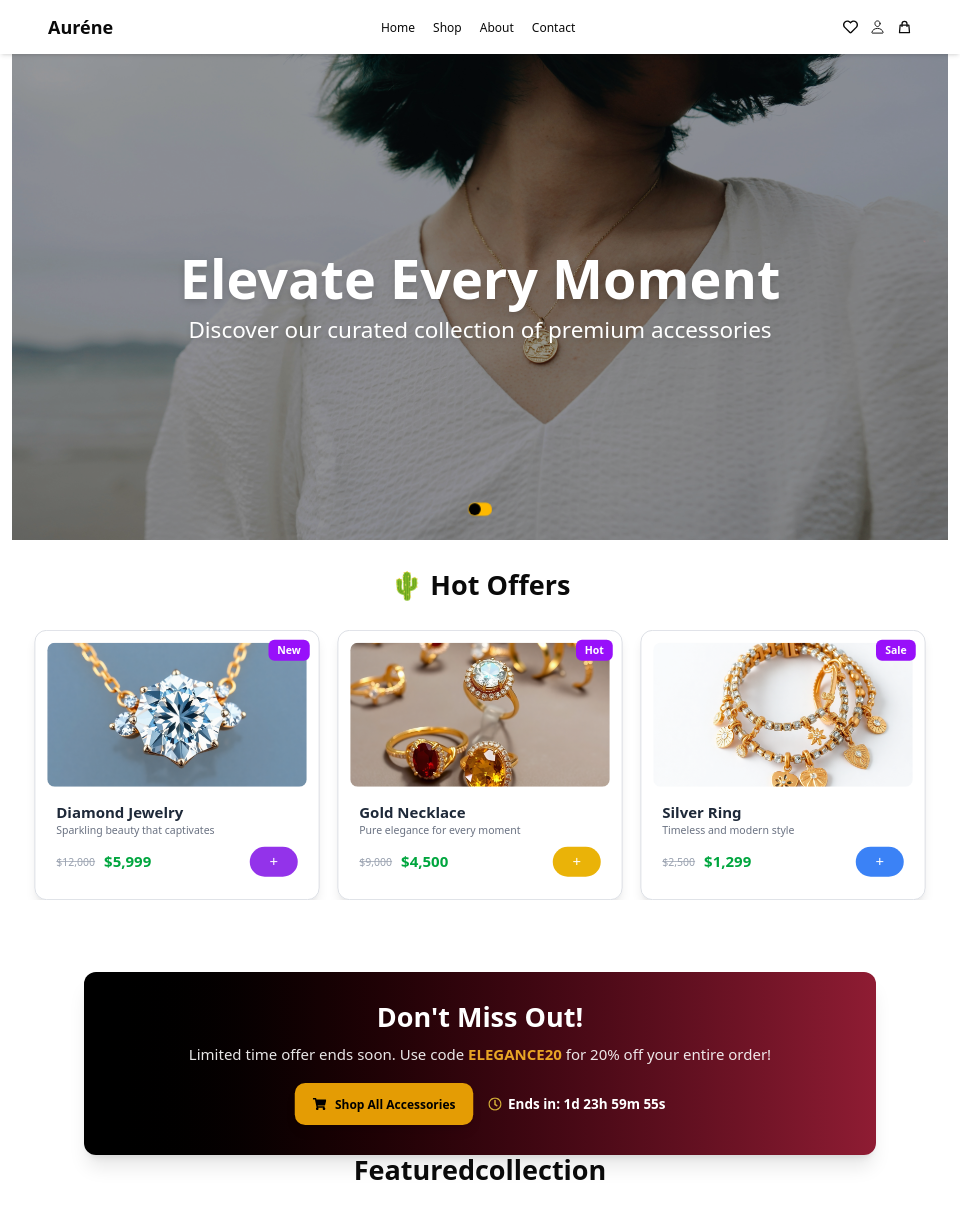
Repository: oehab30/Aur-ne-e-commerce-
Page: /
An editor plug-in stored every save of this project. The page is shown before and after a run of saves, followed by the edit.
The browser window is 1280 px wide. The pictures show the whole page, at 75% of full size.
The project was rebuilt for these pictures with package versions that can differ from the ones it lists, and the page was loaded fresh each time. Also part of the build but not shown: src/components/common/Tap.tsx, src/components/common/Categories.tsx, src/pages/Shop.tsx, src/pages/cart.tsx, src/pages/Profile.tsx, src/pages/About.tsx, src/pages/Contact.tsx, src/pages/Error.tsx and 2 more. Imported but missing from the stored project, and not drawn on this page: src/components/ui/breadcrumb.tsx.

Above is the page before, as saved 2025-11-26 05:11:12.

### index.html
<!doctype html>
<html lang="en">
  <head>
    <meta charset="UTF-8" />
    <link rel="icon" type="image/svg+xml" href="/vite.svg" />
    <meta name="viewport" content="width=device-width, initial-scale=1.0" />
<link
  href="https://fonts.googleapis.com/css2?family=Playfair+Display:wght@400;500;600;700&display=swap"
  rel="stylesheet"
/>

    <title>vite-project</title>
  </head>
  <body>
    <div id="root"></div>
    <script type="module" src="/src/main.tsx"></script>
  </body>
</html>

### src/main.tsx
// main.tsx
import "./assets/styles/Modules.css";
import React from "react";
import ReactDOM from "react-dom/client";
import Routes from "./Routes/Routes"; // this is your router setup

ReactDOM.createRoot(document.getElementById("root")!).render(
  <React.StrictMode>
    <Routes />
  </React.StrictMode>
)

### src/assets/styles/Modules.css
@import url('https://fonts.googleapis.com/css2?family=Playfair+Display:wght@400;500;600;700&display=swap');

@import "tailwindcss";

@import "tw-animate-css";

@custom-variant dark (&:where(.dark *) );

:root {
  --primary: oklch(0.205 0 0);
  --buttons: #d5ae37;
  --radius: 0.625rem;
  --background: oklch(1 0 0);
  --foreground: oklch(0.145 0 0);
  --card: oklch(1 0 0);
  --card-foreground: oklch(0.145 0 0);
  --popover: oklch(1 0 0);
  --popover-foreground: oklch(0.145 0 0);
  --primary-foreground: oklch(0.985 0 0);
  --secondary: oklch(0.97 0 0);
  --secondary-foreground: oklch(0.205 0 0);
  --muted: oklch(0.97 0 0);
  --muted-foreground: oklch(0.556 0 0);
  --accent: oklch(0.97 0 0);
  --accent-foreground: oklch(0.205 0 0);
  --destructive: oklch(0.577 0.245 27.325);
  --border: oklch(0.922 0 0);
  --input: oklch(0.922 0 0);
  --ring: oklch(0.708 0 0);
  --chart-1: oklch(0.646 0.222 41.116);
  --chart-2: oklch(0.6 0.118 184.704);
  --chart-3: oklch(0.398 0.07 227.392);
  --chart-4: oklch(0.828 0.189 84.429);
  --chart-5: oklch(0.769 0.188 70.08);
  --sidebar: oklch(0.985 0 0);
  --sidebar-foreground: oklch(0.145 0 0);
  --sidebar-primary: oklch(0.205 0 0);
  --sidebar-primary-foreground: oklch(0.985 0 0);
  --sidebar-accent: oklch(0.97 0 0);
  --sidebar-accent-foreground: oklch(0.205 0 0);
  --sidebar-border: oklch(0.922 0 0);
  --sidebar-ring: oklch(0.708 0 0);
}

@theme inline {
  --radius-sm: calc(var(--radius) - 4px);
  --radius-md: calc(var(--radius) - 2px);
  --radius-lg: var(--radius);
  --radius-xl: calc(var(--radius) + 4px);
  --color-background: var(--background);
  --color-foreground: var(--foreground);
  --color-card: var(--card);
  --color-card-foreground: var(--card-foreground);
  --color-popover: var(--popover);
  --color-popover-foreground: var(--popover-foreground);
  --color-primary: var(--primary);
  --color-primary-foreground: var(--primary-foreground);
  --color-secondary: var(--secondary);
  --color-secondary-foreground: var(--secondary-foreground);
  --color-muted: var(--muted);
  --color-muted-foreground: var(--muted-foreground);
  --color-accent: var(--accent);
  --color-accent-foreground: var(--accent-foreground);
  --color-destructive: var(--destructive);
  --color-border: var(--border);
  --color-input: var(--input);
  --color-ring: var(--ring);
  --color-chart-1: var(--chart-1);
  --color-chart-2: var(--chart-2);
  --color-chart-3: var(--chart-3);
  --color-chart-4: var(--chart-4);
  --color-chart-5: var(--chart-5);
  --color-sidebar: var(--sidebar);
  --color-sidebar-foreground: var(--sidebar-foreground);
  --color-sidebar-primary: var(--sidebar-primary);
  --color-sidebar-primary-foreground: var(--sidebar-primary-foreground);
  --color-sidebar-accent: var(--sidebar-accent);
  --color-sidebar-accent-foreground: var(--sidebar-accent-foreground);
  --color-sidebar-border: var(--sidebar-border);
  --color-sidebar-ring: var(--sidebar-ring);
}

.dark {
  --background: oklch(0.145 0 0);
  --foreground: oklch(0.985 0 0);
  --card: oklch(0.205 0 0);
  --card-foreground: oklch(0.985 0 0);
  --popover: oklch(0.205 0 0);
  --popover-foreground: oklch(0.985 0 0);
  --primary: oklch(0.922 0 0);
  --primary-foreground: oklch(0.205 0 0);
  --secondary: oklch(0.269 0 0);
  --secondary-foreground: oklch(0.985 0 0);
  --muted: oklch(0.269 0 0);
  --muted-foreground: oklch(0.708 0 0);
  --accent: oklch(0.269 0 0);
  --accent-foreground: oklch(0.985 0 0);
  --destructive: oklch(0.704 0.191 22.216);
  --border: oklch(1 0 0 / 10%);
  --input: oklch(1 0 0 / 15%);
  --ring: oklch(0.556 0 0);
  --chart-1: oklch(0.488 0.243 264.376);
  --chart-2: oklch(0.696 0.17 162.48);
  --chart-3: oklch(0.769 0.188 70.08);
  --chart-4: oklch(0.627 0.265 303.9);
  --chart-5: oklch(0.645 0.246 16.439);
  --sidebar: oklch(0.205 0 0);
  --sidebar-foreground: oklch(0.985 0 0);
  --sidebar-primary: oklch(0.488 0.243 264.376);
  --sidebar-primary-foreground: oklch(0.985 0 0);
  --sidebar-accent: oklch(0.269 0 0);
  --sidebar-accent-foreground: oklch(0.985 0 0);
  --sidebar-border: oklch(1 0 0 / 10%);
  --sidebar-ring: oklch(0.556 0 0);
}

@layer base {
  * {
    @apply border-border outline-ring/50;
  }
  body {
    @apply bg-background text-foreground;
  }
}

:root {
  --main: #d5ae37;
  --button:#cb8b04;
}

/* Hide scrollbar (optional) */
.scrollbar-hide::-webkit-scrollbar {
  display: none;
}
.scrollbar-hide {
  -ms-overflow-style: none;
  scrollbar-width: none;
}

### src/Routes/Routes.tsx
// Routes.tsx
import React from "react";
import { createBrowserRouter, RouterProvider } from "react-router";
import Layout from "../components/common/layout";
import Home from "../pages/Home";
import Shop from "../pages/Shop";
import Cart from "../pages/cart";
import Profile from "../pages/Profile";
import About from "../pages/About";
import Contact from "../pages/Contact";
import Error from "../pages/Error";
import Wishlist from "../pages/Wishlist";
import Login from "../components/login-page/Loginform"
const router = createBrowserRouter([
  {
    element: <Layout />,
    children: [
      { path: "/", element: <Home /> },
      { path: "/Shop/:category", element: <Shop /> },
      { path: "/about", element: <About /> },
      { path: "/contact", element: <Contact /> },
      { path: "/Login", element: <Login /> },
      { path: "/Wishlist", element: <Wishlist /> },
      { path: "/cart", element: <Cart /> },
      { path: "/Profile", element: <Profile /> },
    ],
  },
 { path: "*", element: <Error/> },
]);

function Routes() {
  return <RouterProvider router={router} />;
}

export default Routes;

### src/components/common/layout.tsx
// Layout.tsx
import React from "react";
import Navbar from "./navbar";
import { Outlet } from "react-router-dom";
import Darkmode from "./Darkmode";

function Layout() {
  return (
    <>
      <Navbar  />
      <main className="min-h-screen p-4 pt-18">
<Darkmode/>
        <Outlet />        {/* 👈 Page content changes here */}
      </main>
    </>
  );
}

export default Layout;

### src/pages/Home.tsx
import React from 'react'
import  HeroSection from '../components/home-page/Hero'
import Hotoffers from '../components/home-page/Hotoffers'
import DontMiss from '../components/home-page/Dontmiss'
import Featuredcollection from '../components/home-page/Featuredcollection'

function Error() {
  return (
<>
<HeroSection/>
<Hotoffers/>
<DontMiss/>
<Featuredcollection/>
 </>
     )
}
export default Error

### src/components/common/navbar.tsx
import React, { useState } from "react";
import { Link } from "react-router-dom";
import { FaRegHeart } from "react-icons/fa";
import { HiOutlineShoppingBag } from "react-icons/hi";
import { IoPersonOutline } from "react-icons/io5";

function Navbar() {
  const [menuOpen, setMenuOpen] = useState(false);

  return (
    <nav className="w-full fixed  shadow-md bg-white dark:bg-black z-[100] ">
      <div className="max-w-[1280px] mx-auto flex justify-between items-center py-5 px-6 md:px-16">
        {/* Logo */}
        <Link to="/" className="text-2xl font-semibold font-[Playfair Display]  dark:text-white">
          Auréne
        </Link>

        {/* Desktop Links */}
        <div className="hidden md:flex gap-6 font-medium  ">
          <Link to="/" className="hover:text-[var(--main)] dark:hover:text-[var(--main)] duration-300">Home</Link>
          <Link to="/Shop/:category" className="hover:text-[var(--main)] dark:hover:text-[var(--main)] duration-300">Shop</Link>
          <Link to="/about" className="hover:text-[var(--main)] dark:hover:text-[var(--main)] duration-300">About</Link>
          <Link to="/contact" className="hover:text-[var(--main)] dark:hover:text-[var(--main)] duration-300">Contact</Link>
        </div>

        {/* Icons + Login */}
        <div className="hidden md:flex items-center gap-4 text-xl  dark:text-white">
          <Link to="/wishlist" className="hover:text-[var(--main)] dark:hover:text-[var(--main)] duration-300"><FaRegHeart /></Link>
          <Link to="/Login" className="hover:text-[var(--main)] dark:hover:text-[var(--main)] duration-300"><IoPersonOutline /></Link>
          <Link to="/cart" className="hover:text-[var(--main)] dark:hover:text-[var(--main)] duration-300"><HiOutlineShoppingBag /></Link>
        </div>

        {/* Mobile Menu Button */}
        <button
          onClick={() => setMenuOpen(!menuOpen)}
          className="md:hidden text-3xl text-gray-700  focus:outline-none"
        >
          ☰
        </button>
      </div>

      {/* Mobile Menu */}
      {menuOpen && (
        <div className="md:hidden flex flex-col items-center gap-4 py-6 bg-white dark:bg-black  dark:text-white shadow-lg">
          <Link to="/" onClick={() => setMenuOpen(false)} className="hover:text-[var(--main)] dark:hover:text-[var(--main)] duration-300">Home</Link>
          <Link to="/Shop/:category" onClick={() => setMenuOpen(false)} className="hover:text-[var(--main)] dark:hover:text-[var(--main)] duration-300">Shop</Link>
          <Link to="/about" onClick={() => setMenuOpen(false)} className="hover:text-[var(--main)] dark:hover:text-[var(--main)] duration-300">About</Link>
          <Link to="/contact" onClick={() => setMenuOpen(false)} className="hover:text-[var(--main)] dark:hover:text-[var(--main)] duration-300">Contact</Link>
        </div>
      )}
    </nav>
  );
}

export default Navbar;

### src/components/common/Darkmode.tsx
import React, { useEffect, useState } from 'react';
import { Switch } from "@/components/ui/switch"
function Darkmode() {
  const [mode, setMode] = useState(false);

  useEffect(() => {
    if (mode) {
      document.body.classList.add('dark');
    } else {
      document.body.classList.remove('dark');
    }
  }, [mode]);

  return (
    <>
      <Switch  onClick={() => setMode(!mode)} className=" px- fixed bottom-8 left-1/2 -translate-x-1/2 z-50">

      </Switch>
    </>
  );
}

export default Darkmode;

### src/components/home-page/Hero.tsx
import React from "react";
import heroImage from "../../../public/home-pic/hero3.jpg";

function Hero() {
  return (
    <div
      className="relative w-full h-[87vh] sm:h-[60vh] md:h-[80vh] lg:h-[90vh] flex flex-col items-center justify-center text-center overflow-hidden"
      style={{ backgroundImage: `url(${heroImage})`, backgroundSize: "cover", backgroundPosition: "center" }}
    >
      {/* Overlay */}
      <div className="absolute inset-0 bg-black/35"></div>

      {/* Content */}
      <div className="relative px-4 sm:px-6 lg:px-8">
        <h1 className="text-white text-4xl sm:text-5xl md:text-6xl lg:text-7xl font-bold drop-shadow-lg">
          Elevate Every Moment
        </h1>
        <p className="mt-4 text-white text-lg sm:text-xl md:text-2xl lg:text-3xl drop-shadow-md">
          Discover our curated collection of premium accessories
        </p>
      </div>
    </div>
  );
}

export default Hero;

### src/components/home-page/Hotoffers.tsx
import React from "react";
import { motion } from "framer-motion";

function Hotoffers() {
  const products = [
    {
      id: 1,
      name: "Diamond Jewelry",
      description: "Sparkling beauty that captivates",
      oldPrice: "$12,000",
      newPrice: "$5,999",
      image: "/home-pic/HO-1.png",
      tag: "New",
      buttonColor: "#9333EA",
    },
    {
      id: 2,
      name: "Gold Necklace",
      description: "Pure elegance for every moment",
      oldPrice: "$9,000",
      newPrice: "$4,500",
      image: "/home-pic/HO-2.png",
      tag: "Hot",
      buttonColor: "#EAB308",
    },
    {
      id: 3,
      name: "Silver Ring",
      description: "Timeless and modern style",
      oldPrice: "$2,500",
      newPrice: "$1,299",
      image: "/home-pic/HO-3.png",
      tag: "Sale",
      buttonColor: "#3B82F6",
    },
  ];

  return (
    <div className="mt-10">
      <h1 className="text-center text-4xl font-bold mb-10">🌵 Hot Offers</h1>

      {/* MOBILE SWIPE CONTAINER */}
      <div className="flex gap-6 overflow-x-auto px-4 snap-x snap-mandatory scrollbar-hide md:flex-wrap md:justify-center">
        {products.map((product) => (
          <motion.div
            key={product.id}
            className="w-[300px] md:w-[380px] flex-shrink-0 snap-center h-[360px] relative rounded-2xl overflow-hidden border border-gray-300 shadow-lg p-4"
            initial={{ opacity: 0, y: 50 }}
            whileInView={{ opacity: 1, y: 0 }}
            viewport={{ once: true, amount: 0.2 }}
            transition={{ duration: 0.6, ease: "easeOut" }}
          >
            {/* Image */}
            <div className="h-48 w-full overflow-hidden rounded-lg">
              <img
                src={product.image}
                alt={product.name}
                className="w-full h-full object-cover hover:scale-105 transition-transform duration-300"
              />
            </div>

            {/* Tag */}
            <div className="absolute top-3 right-3 z-10 bg-purple-600 text-white text-sm font-semibold px-3 py-1 rounded-md">
              {product.tag}
            </div>

            {/* Content */}
            <div className="p-3 mt-2">
              <h3 className="text-xl font-semibold text-gray-800">{product.name}</h3>
              <p className="text-gray-500 mb-2 text-sm">{product.description}</p>

              <div className="flex items-center justify-between mt-3">
                <div className="flex items-center gap-3">
                  <p className="text-gray-400 line-through text-sm">{product.oldPrice}</p>
                  <p className="text-xl font-bold text-green-600">{product.newPrice}</p>
                </div>

                <button
                  style={{ backgroundColor: product.buttonColor }}
                  className="text-white w-16 h-10 flex items-center justify-center rounded-full hover:opacity-80 transition-all duration-300 text-xl"
                >
                  +
                </button>
              </div>
            </div>
          </motion.div>
        ))}
      </div>
    </div>
  );
}

export default Hotoffers;

### src/components/home-page/Dontmiss.tsx
import React, { useEffect, useState } from "react";
import { FaShoppingCart, FaRegClock } from "react-icons/fa";
import { motion } from "framer-motion";
import { useNavigate } from "react-router-dom"; // if using React Router

function DontMiss() {
  const [timeLeft, setTimeLeft] = useState<string>("");
  const navigate = useNavigate(); // React Router navigation

  // Countdown Timer
  useEffect(() => {
    const endDate = new Date();
    endDate.setDate(endDate.getDate() + 2);

    const timer = setInterval(() => {
      const now = new Date().getTime();
      const distance = endDate.getTime() - now;

      if (distance < 0) {
        setTimeLeft("Expired");
        clearInterval(timer);
        return;
      }

      const days = Math.floor(distance / (1000 * 60 * 60 * 24));
      const hours = Math.floor(
        (distance % (1000 * 60 * 60 * 24)) / (1000 * 60 * 60)
      );
      const minutes = Math.floor((distance % (1000 * 60 * 60)) / (1000 * 60));
      const seconds = Math.floor((distance % (1000 * 60)) / 1000);

      setTimeLeft(`${days}d ${hours}h ${minutes}m ${seconds}s`);
    }, 1000);

    return () => clearInterval(timer);
  }, []);

  return (
    <motion.div
           initial={{ opacity: 0, y: 50 }}   // start hidden & moved down
            whileInView={{ opacity: 1, y: 0 }} // animate when in view
            viewport={{ once: true, amount: 0.2 }} // trigger when 20% visible
            transition={{ duration: 0.6, ease: "easeOut" }}
      className=" mt-24 text-center mx-4 md:mx-24 bg-gradient-to-r from-black to-[#8F1C33] text-white px-6 py-10 rounded-2xl shadow-xl"
    >
      <h1 className="text-2xl md:text-4xl font-bold mb-4">Don't Miss Out!</h1>

      <p className="mb-6 text-lg md:text-xl opacity-90">
        Limited time offer ends soon. Use code{" "}
        <span className="font-bold text-[#fbb728]">ELEGANCE20</span> for 20%
        off your entire order!
      </p>

      <div className="flex flex-col-reverse md:flex-row gap-5 justify-center items-center">
        <button
          className=" bg-[#e49c04] hover:bg-[#fcbd39] duration-300 text-black py-4 px-6 rounded-xl flex items-center gap-3 font-semibold shadow-lg cursor-pointer"
          onClick={() => navigate("/Menu/category")} // fixed navigation
        >
          <FaShoppingCart className="text-lg" /> Shop All Accessories
        </button>

        <div className="flex items-center gap-2 text-lg font-semibold">
          <FaRegClock className="text-[#D4AF37]" />
          <span>Ends in: {timeLeft}</span>
        </div>
      </div>
    </motion.div>
  );
}

export default DontMiss;

### src/components/home-page/Featuredcollection.tsx
import React from 'react'

function Featuredcollection() {
  return (
    <>
<div>
<h1 className='text-center font-bold text-4xl mb-4'>Featuredcollection</h1>
</div>
    </>
  )
}

export default Featuredcollection

### src/components/ui/switch.tsx
import * as React from "react"
import * as SwitchPrimitive from "@radix-ui/react-switch"

import { cn } from "@/lib/utils"

function Switch({
  className,
  ...props
}: React.ComponentProps<typeof SwitchPrimitive.Root>) {
  return (
    <SwitchPrimitive.Root
      data-slot="switch"
      className={cn(
        "peer data-[state=checked]:bg-white data-[state=unchecked]:bg-amber-400 focus-visible:border-ring focus-visible:ring-ring/50 dark:data-[state=unchecked]:bg-gray-500/80 inline-flex h-[1.15rem] w-8 shrink-0 items-center rounded-full border border-transparent shadow-xs transition-all outline-none focus-visible:ring-[3px] disabled:cursor-not-allowed disabled:opacity-50",
        className
      )}
      {...props}
    >
      <SwitchPrimitive.Thumb
        data-slot="switch-thumb"
        className={cn(
          "bg-black dark:data-[state=unchecked]:bg-gray-200 dark:data-[state=checked]:bg-blue-600 pointer-events-none block size-4 rounded-full ring-0 transition-transform data-[state=checked]:translate-x-[calc(100%-2px)] data-[state=unchecked]:translate-x-0"
        )}
      />
    </SwitchPrimitive.Root>
  )
}

export { Switch }

Loaded but not shown: src/Lib/utils.js (common file)

After the next 3 saves:
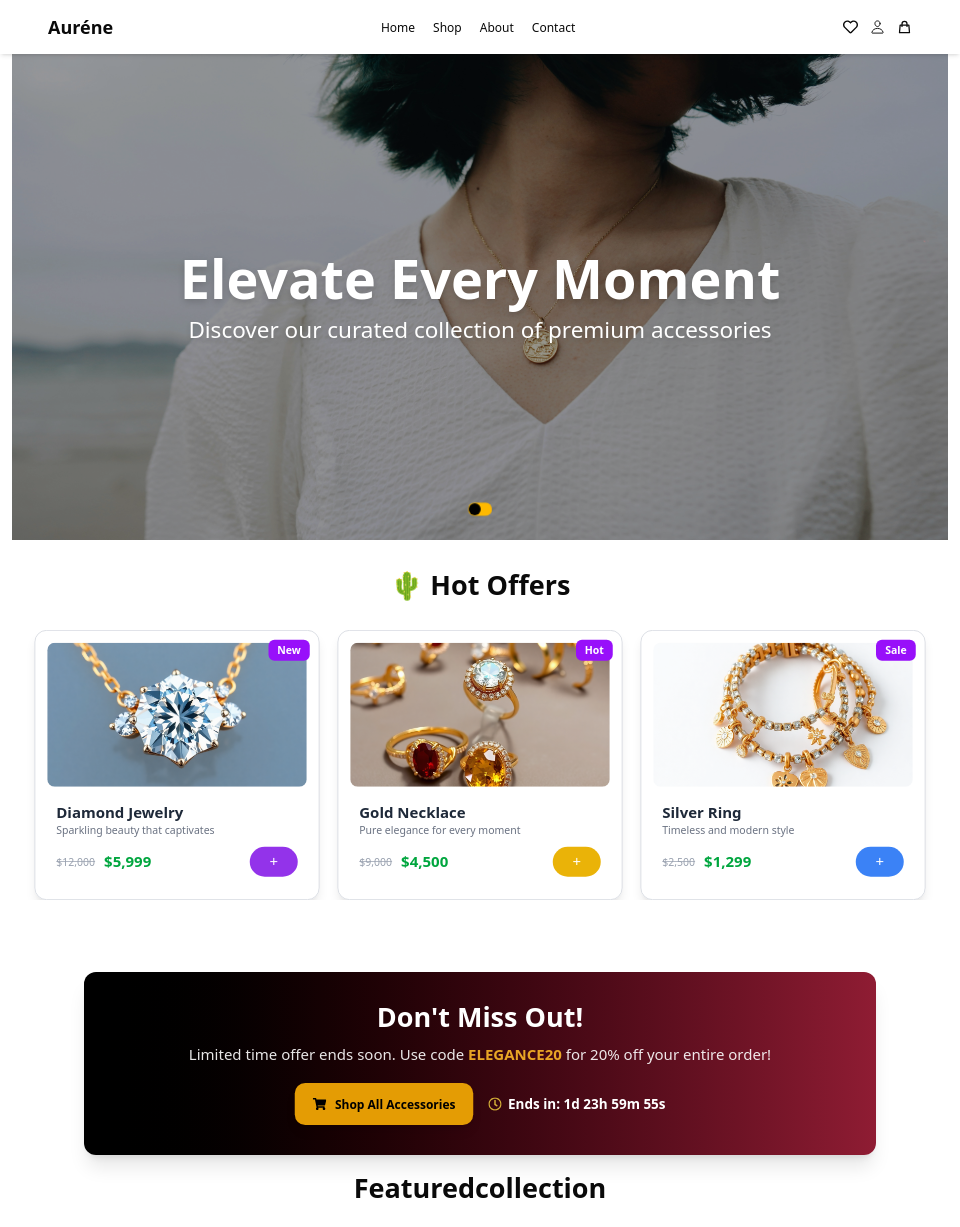
The 3 saves are shown as one change because they came seconds apart.
The last was saved 29 s later.
--- a/src/components/home-page/Featuredcollection.tsx
+++ b/src/components/home-page/Featuredcollection.tsx
@@ -4,7 +4,7 @@ function Featuredcollection() {
   return (
     <>
 <div>
-<h1 className='text-center font-bold text-4xl mb-4'>Featuredcollection</h1>
+<h1 className='text-center font-bold text-4xl mb-4 mt-6'>Featuredcollection</h1>
 </div>
     </>
   )
